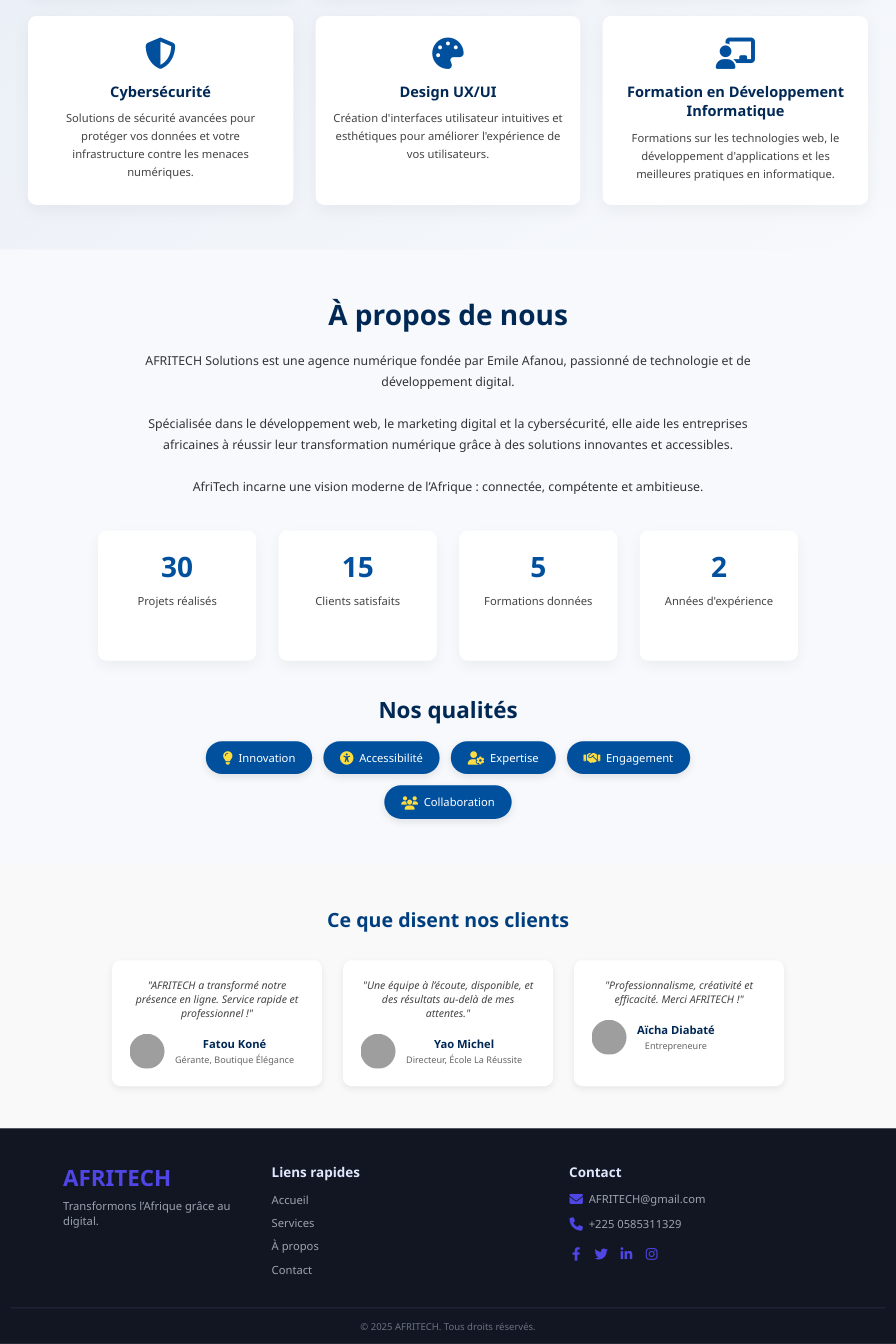
Repository: prestige225/AFRITECH
Page: index.html
These files come from the project's save history. The page is drawn as it stood at one moment and after the next save; the edit follows.
The browser window is 1280 px wide. The pictures show the part of the page from y = 917 to 2837 px (the page is 2837 px tall), at 70% of full size.
Pictures or frames that could not be fetched are drawn as grey boxes.

Above is the page before, as saved 2025-07-25 23:42:52.
Console error: TypeError: Cannot read properties of null (reading 'addEventListener')

After the next save:
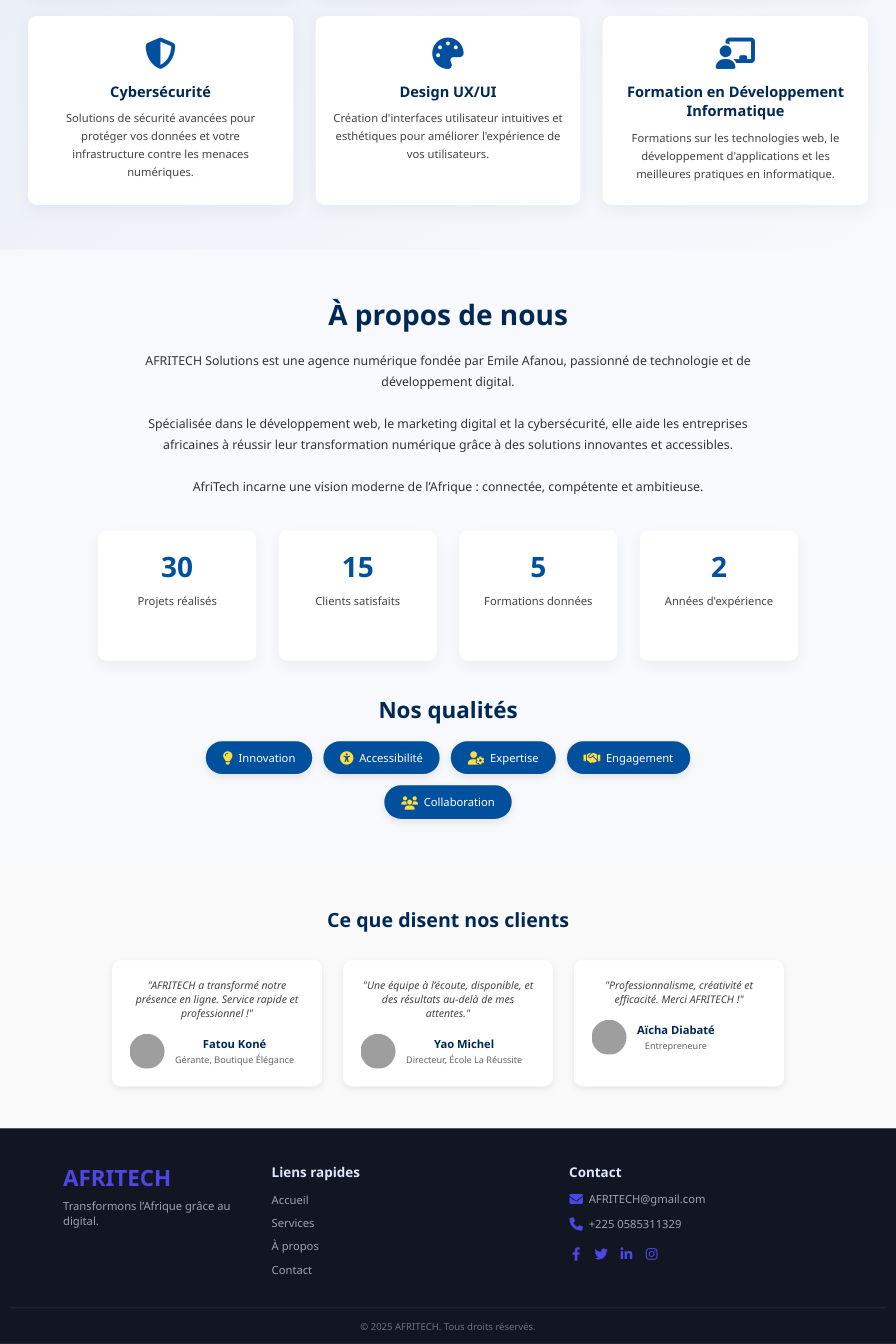
Saved 97 s later.
--- a/style.css
+++ b/style.css
@@ -754,7 +754,7 @@ html {
 .temoignages-section h2 {
   font-size: 28px;
   margin-bottom: 40px;
-  color: #003f7f;
+  color: #002855;
 }
 
 .temoignages-container {
